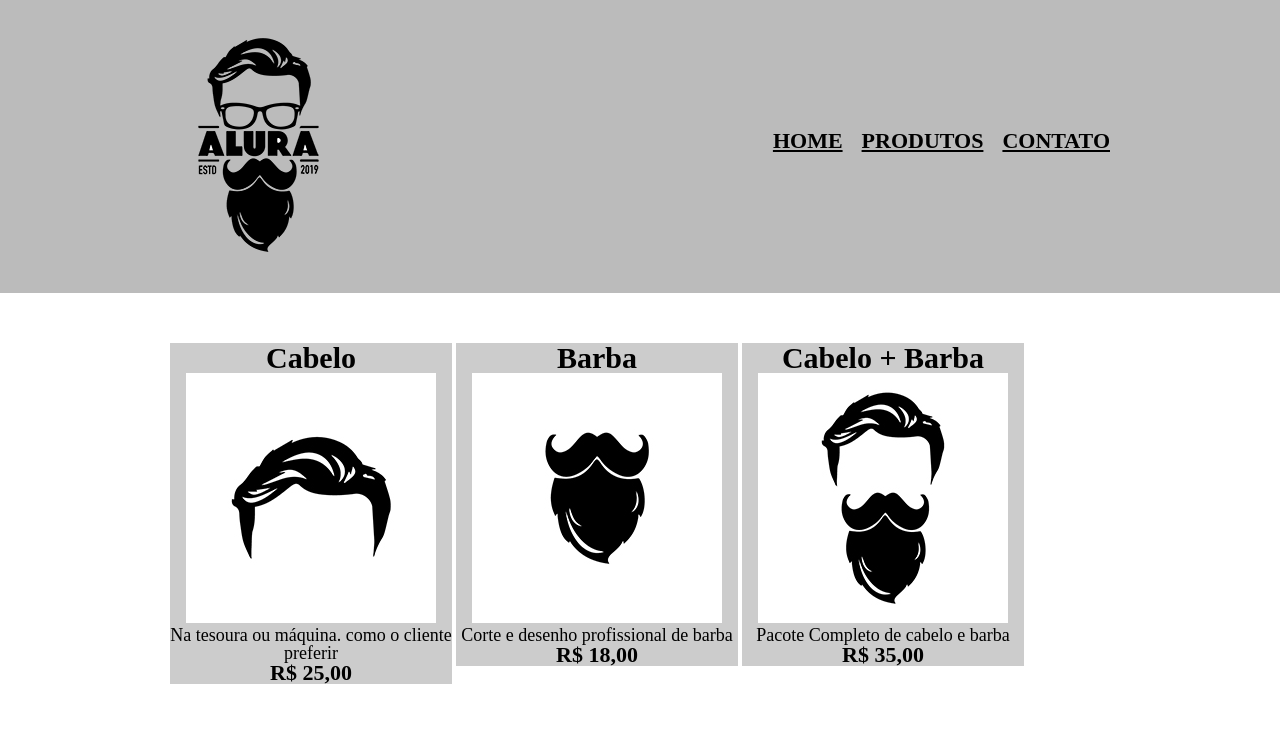
Repository: AnaBerlanda/AulaAlura
Page: produtos.html
These files come from the project's save history. The page is drawn as it stood at one moment and after the next save; the edit follows.
The browser window is 1280 px wide. The pictures show the whole page.

Above is the page before, as saved 2022-04-11 16:07:41.

### produtos.html
<!DOCTYPE html>
<html lang="pt-br">

<head>
    <meta charset="utf-8" />
    <title>Produtos - Barbearia Alura</title>
    <link type="text/css" rel="stylesheet" href="reset/reset.css">
    <link type="text/css" rel="stylesheet" href="produtos.css">

</head>
<body>
    <header>
        <div class="caixa">
            <h1><img src="imagem/logo.png"></h1>
            <nav>
                <ul>
                    <li><a href="index.html">Home</a></li>
                    <li><a href="produtos.html">Produtos</a></li>
                    <li><a href="contato.html">Contato</a></li>
                </ul>
            </nav>
        </div>
    </header>

    <main>
        <ul class="produtos">
            <li>
                <h2>Cabelo</h2>
                <img src="imagem/cabelo.jpg">
                <p class="produto-desc">Na tesoura ou máquina. como o cliente preferir</p>
                <p class="produto-preco">R$ 25,00</p>
            </li>
            <li><h2>Barba</h2>
                <img src="imagem/barba.jpg">
                <p class="produto-desc">Corte e desenho profissional de barba</p>
                <p class="produto-preco">R$ 18,00</p>
            </li>
            <li><h2>Cabelo + Barba</h2>
                <img src="imagem/cabelo+barba.jpg">
                <p class="produto-desc">Pacote Completo de cabelo e barba</p>
                <p class="produto-preco">R$ 35,00</p>
            </li>
        </ul>
    </main>



    </div>









    </header>

### produtos.css
header{
    background:#BBBBBB;
    padding: 20px 0;
}
.caixa{
    position: relative;
    width: 940px;
    margin: 0 auto;
}
nav{
    position:absolute;
    top: 110px;
    right: 0;
}
nav li{
    display: inline;
    margin: 0 0 0 15px;
}
nav a{
    text-transform: uppercase;
    color: #000000;
    font-weight: bold;
    font-size: 22px;
    text direction: none;
}
.produtos{
    width: 940px ;
    margin: 0 auto ;
    padding: 50px 0 ;
}
.produtos li{
    display: inline-block;
    text-align: center;
    width: 30%;
    vertical-align: top;
    background-color: #cccccc;
}
.produtos h2{
    font-size: 30px;
    font-weight: bold;
}
.produto-preco{
    font-size: 22px;
    font-weight: bold;
}
.produto-desc{
    font-size: 18px;
}

Loaded but not shown: reset/reset.css (common file)

After the next save:
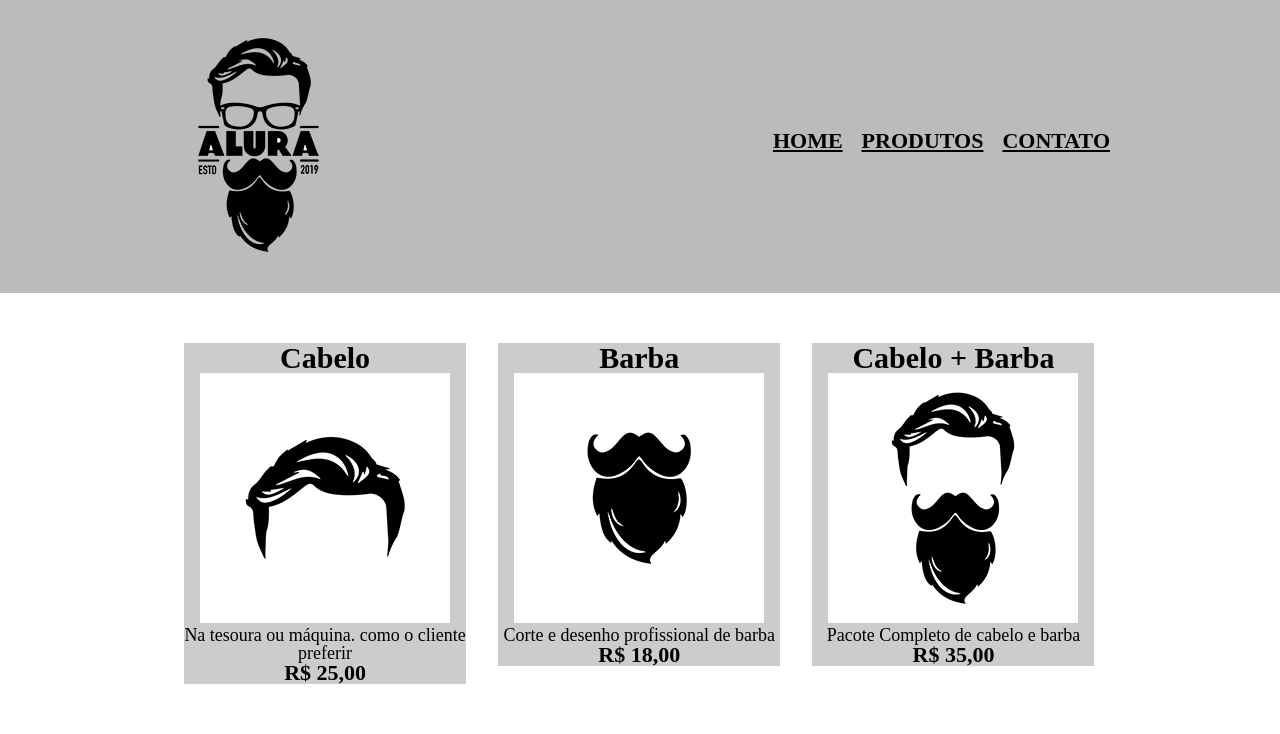
Saved 60 s later.
--- a/produtos.css
+++ b/produtos.css
@@ -34,6 +34,7 @@ nav a{
     width: 30%;
     vertical-align: top;
     background-color: #cccccc;
+    margin: 0 1.5%;
 }
 .produtos h2{
     font-size: 30px;
